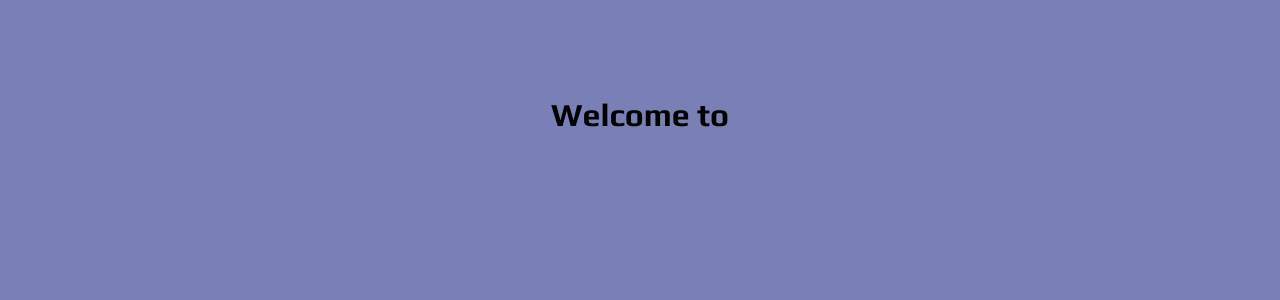
Repository: shaelorch/typeytalkey
Page: /
These files come from the project's save history. The page is drawn as it stood at one moment and after the next save; the edit follows.
The browser window is 1280 px wide. The pictures show the whole page.
The project was rebuilt for these pictures with package versions that can differ from the ones it lists, and the page was loaded fresh each time. The framework's server and built-in components were replaced by stand-ins that run in the browser. Also part of the build but not shown: next.config.js.

Above is the page before, as saved 2023-02-24 14:26:29.

After the next save:
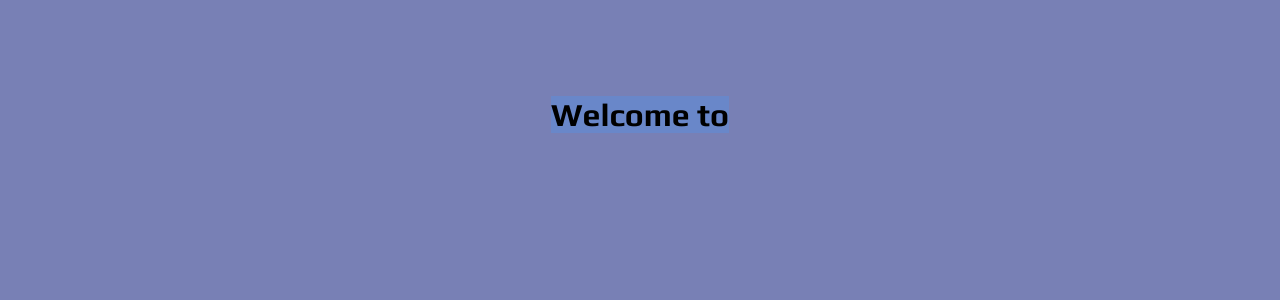
Saved 22 s later.
--- a/src/pages/index.js
+++ b/src/pages/index.js
@@ -15,7 +15,7 @@
         <link rel="icon" href="/favicon.ico" />
       </Head>
       <main className={styles.main}>
-        <div>
+        <div style={{backgroundColor:"#6987C9"}}>
         <h1>Welcome to  </h1>
         </div>
 
